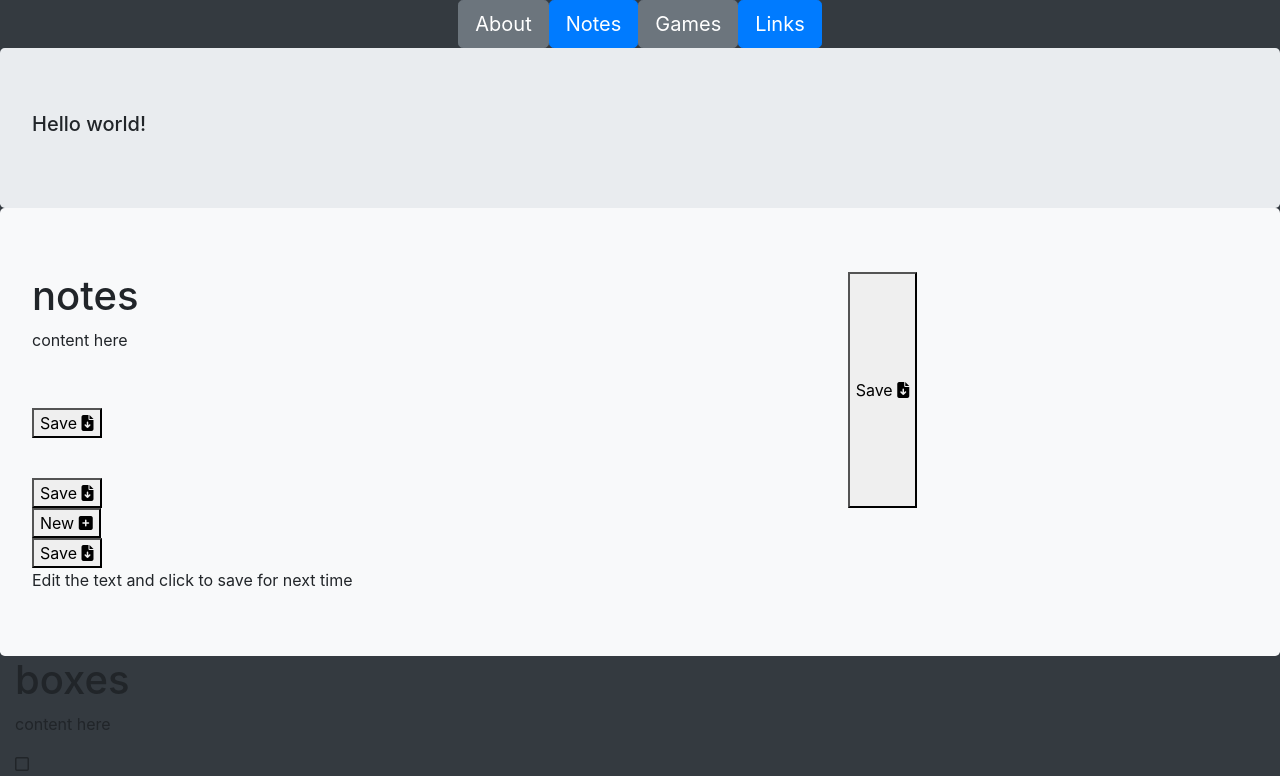
Repository: Kamicoda/Noteblock
Page: index.html
The author's editor kept a record of every edit. The page is drawn from the files as they stood at one moment, then again after the next edit.
The browser window is 1280 px wide. The pictures show the whole page.
Some web libraries are served in a nearby version.

Above is the page before.
Console error: ReferenceError: checkEdits is not defined

### index.html
<!DOCTYPE html>
<html lang="en">

<head>
    <meta charset="UTF-8">
    <meta name="viewport" content="width=device-width, initial-scale=1.0">
    <meta http-equiv="X-UA-Compatible" content="ie=edge">
    <title>Document</title>

    <!--Jquery-->
    <script src="https://code.jquery.com/jquery-3.4.1.min.js" integrity="sha256-CSXorXvZcTkaix6Yvo6HppcZGetbYMGWSFlBw8HfCJo=" crossorigin="anonymous"></script>

    <!--Bootstrap-->
    <link rel="stylesheet" href="https://maxcdn.bootstrapcdn.com/bootstrap/4.2.1/css/bootstrap.min.css" type="text/css" />
    <link rel="stylesheet" href="https://cdnjs.cloudflare.com/ajax/libs/hover.css/2.3.1/css/hover-min.css" type="text/css" />
    <!--Css-->
    <link rel="stylesheet" href="assets/style/style.css" type="text/css" />
    <!--d3,dc,Queue-->
    <!-- <script type="text/javascript" src="static/js/d3.min.js"></script>
    <script type="text/javascript" src="static/js/crossfilter.min.js"></script>
    <script type="text/javascript" src="static/js/dc.min.js"></script>
    <script type="text/javascript" src="static/js/queue.min.js"></script> -->
    <!--Api's-->
    <!--Scripts-->
    <script src="https://kit.fontawesome.com/06adabaaa3.js"></script>
    <script type="text/javascript" src="assets/js/script1.js"></script>
    <script type="text/javascript" src="assets/js/script2.js"></script>
</head>

<body onload="checkEdits()" class=" bg-dark">

    <!--navigation-->
    <div class="container-fluid bg-dark">
        <ul class="nav justify-content-center w-80">
            <li class="nav-item">
                <button id="aboutNav" type="button" class="btn btn-secondary btn-lg ">About</button>
            </li>
            <li class="nav-item">
                <button id="notesNav" type="button" class="btn btn-primary btn-lg">Notes</button>
            </li>
            <li class="nav-item">
                <button id="gamesNav" type="button" class="btn btn-secondary btn-lg">Games</button>
            </li>
            <li class="nav-item">
                <button id="linksNav" type="button" class="btn btn-primary btn-lg">Links</button>
            </li>
        </ul>
    </div>

    <div class="jumbotron header bg-grey mx-auto">
        <h5> Hello world!</h5>
    </div>

    <div class="jumbotron header bg-light mx-auto">
        <div class="container-flex">


            <section id="aboutSec">
                <div class="row">
                    <div class="col">
                        <h1>about</h1>
                        <p>content here</p>
                    </div>
                </div>
            </section>

            <section id="notesSec">
                <div class="row">

                    <div class="col-8">
                        <h1>notes</h1>
                        <p>content here</p>
                        <div id="editList" class="#">
                            <div class="#"></div>
                        <p id="edit" contenteditable="true" class="editableP"></p><button type="button " onclick="save()" class="saveButton">Save
                        <i class="fas fa-file-download"></i></button>
                        </div>
                        <p id="edit" contenteditable="true" class="editableP"></p><button type="button " onclick="save()" class="saveButton">Save
                        <i class="fas fa-file-download"></i></button>
                        </div>
                        <p id="edit" contenteditable="true" class="editableP"></p><button type="button " onclick="save()" class="saveButton">Save
                        <i class="fas fa-file-download"></i></button>
                        </div>
                        </div>
                        <div >
                            <button type="button " id="new" class="newButton">New
                        <i class="fas fa-plus-square"></i>
                        </div>
                        <div >
                            <button type="button " onclick="save()" class="saveButton">Save
                        <i class="fas fa-file-download"></i></button>
                        </div>

                        <div id="update"> Edit the text and click to save for next time </div>
                    </div>

                    <div class="col-2">
                        <h1>boxes</h1>
                        <p>content here</p>
                        <div id="checkBox" class="checkbox">
                            <i class="far fa-square"></i>
                            <i class="far fa-check-square"></i>
                        </div>



                    </div>

                </div>
            </section>

            <section id="gamesSec">
                <div class="row">
                    <div class="col">
                        <h1>games</h1>
                        <p>content here</p>
                        <button>game1</button>
                        <button>game2</button>
                        <button>game3</button>
                    </div>
                </div>
            </section>

            <section id="linksSec">
                <div class="row">
                    <div class="col">
                        <h1>links</h1>
                        <p>content here</p>
                    </div>
                </div>
            </section>


        </div>
    </div>




</body>
<footer>

</footer>

</html>

### assets/style/style.css
/* Palette URL: http://paletton.com/#uid=a3K0o0k6J95irOtlmmkmW6wBrbb */

/* Feel free to copy&paste color codes to your application */

/* As RGBa codes */

.rgba-primary-0 {
    color: rgba( 39, 42, 48, 1)
}

/* Main Primary color */

.rgba-primary-1 {
    color: rgba(107, 144, 222, 1)
}

.rgba-primary-2 {
    color: rgba( 48, 70, 119, 1)
}

.rgba-primary-3 {
    color: rgba( 12, 19, 35, 1)
}

.rgba-primary-4 {
    color: rgba( 5, 22, 59, 1)
}

.rgba-complement-0 {
    color: rgba( 72, 63, 57, 1)
}

/* Main Complement color */

.rgba-complement-1 {
    color: rgba(255, 166, 108, 1)
}

.rgba-complement-2 {
    color: rgba(178, 106, 59, 1)
}

.rgba-complement-3 {
    color: rgba( 52, 29, 15, 1)
}

.rgba-complement-4 {
    color: rgba( 89, 35, 0, 1)
}



/* Generated by Paletton.com © 2002-2014 */

/* http://paletton.com */

/*Colors*/

.bg-dark {
    background-color: rgb(39, 42, 48);
}

.bg-light {
    background-color: rgb(107, 144, 222);
}

/*background*/

.dark-background {      /*this overlaps the content untill on.(click)the corresponding button*/
    position: fixed;
    height: 100%;
    width: 100%;
}

.frontened {
   z-index: 1;
}

.middled {
    z-index: 0;
}

.backened {
    z-index:-1;
}

.jumbotron {
    margin: 0;
    width: 100%;
}

.mainmenu {
    text-align: center;
    border-width: 500;
    border-height: 300;
    height: auto;
}

.about {
    padding: 0;
}

.games {
    padding: 0;
}

.notes {
    padding: 0;
}

.links {
    padding: 0;
}

.cabout {
    height: 400px;
    width: 100%;
    padding: 0;
}

.cgames {
    height: 400px;
    width: 100%;
    padding: 0;
}

.cnotes {
    height: 400px;
    width: 100%;
    padding: 0;
}

.clinks {
    height: 400px;
    width: 100%;
    padding: 0;
}

/*navigation*/

.buttons {
    margin-left: 500px;
    margin-top: 300px;
}

.babout {
    display: block;
    width: 140px;
    height: 70px;
    margin-left: 70%;
    margin-top: 40%;
}

.bgames {
    display: block;
    width: 140px;
    height: 70px;
    margin-top: 40%;
}

.bnotes {
    display: block;
    width: 140px;
    height: 70px;
    margin-left: 70%;
}

.blinks {
    display: block;
    width: 140px;
    height: 70px;
}

### assets/js/script1.js
//Buttons
$(document).ready(function() {

    $('#aboutSec').toggle();
    $('#notesSec').show();
    $('#gamesSec').toggle();
    $('#linksSec').toggle();
    $('.fa-check-square').toggle();

    $('#aboutNav').on('click', function() {
        $('#aboutSec').toggle(1000);

    });

    $('#notesNav').on('click', function() {
        $('#notesSec').toggle(1000);

    });

    $('#gamesNav').on('click', function() {
        $('#gamesSec').toggle(1000);

    });

    $('#linksNav').on('click', function() {
        $('#menu3').toggle();
        $('#linksSec').toggle(1000);

    });

    $('#checkBox').on('click', function() {
        $('.fa-square').toggle();
        $('.fa-check-square').toggle();
    });

    $('#new').on('click', function() {
        count += 1;
        $('edit`+ count`').show()
        //$('#editList').append(`<p id="edit` + count + `" contenteditable="true" class="editableP"></p><button type="button " onclick="save`+ count +`()" class="saveButton">Save
                       // <i class="fas fa-file-download"></i></button>`);

    });
});

// this is adding numbers to the ID "edit"
 var count = 0;

Loaded but not shown: assets/js/script2.js (no copy from this time; the picture is the same without it)

After the next edit:
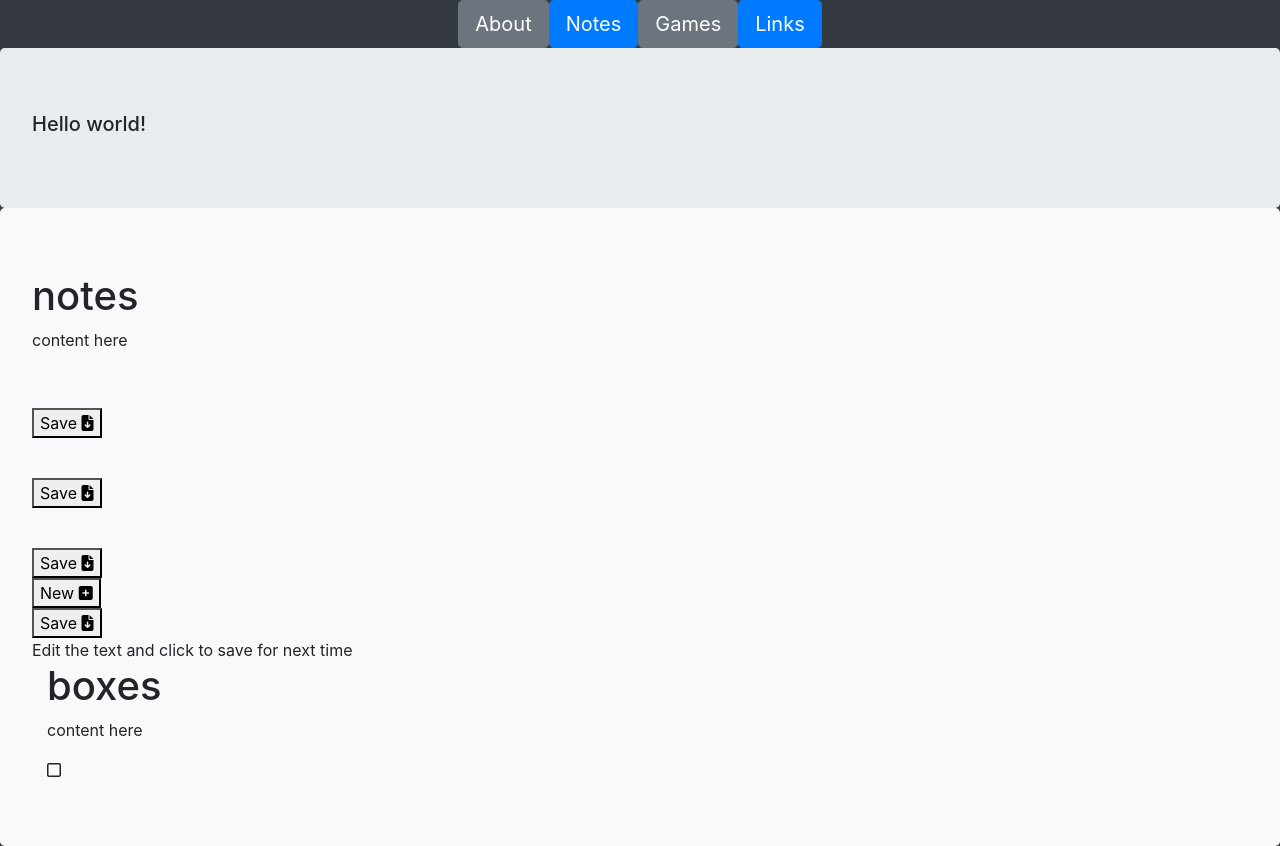
The edit:
--- a/index.html
+++ b/index.html
@@ -75,6 +75,7 @@
                         <p id="edit" contenteditable="true" class="editableP"></p><button type="button " onclick="save()" class="saveButton">Save
                         <i class="fas fa-file-download"></i></button>
                         </div>
+                        <div class="#">
                         <p id="edit" contenteditable="true" class="editableP"></p><button type="button " onclick="save()" class="saveButton">Save
                         <i class="fas fa-file-download"></i></button>
                         </div>
